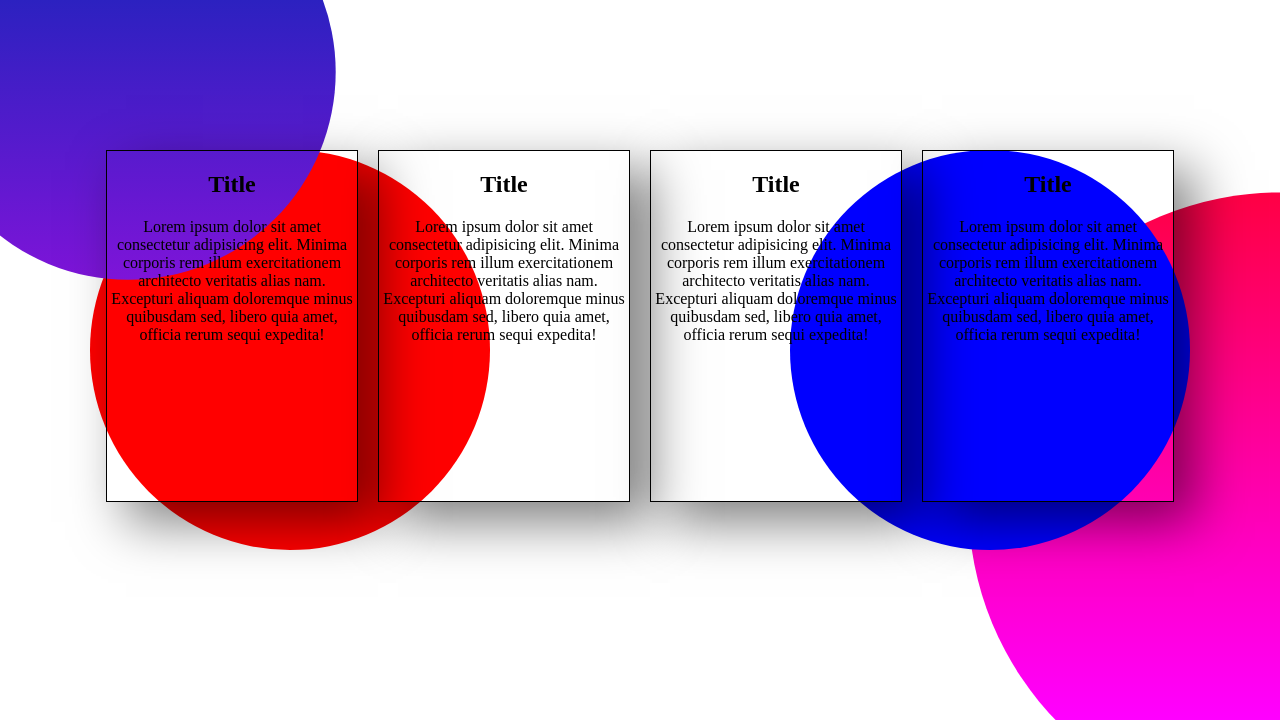
Repository: dovanluyen1996/Test-Git-PR
Page: index.html
The author's editor kept a copy of each file at every save. The page is drawn from the files as they stood at one save, then again after the next save.
The browser window is 1280 px wide. The pictures show the whole page.

Above is the page before, as saved 2021-09-06 23:56:01.

### index.html
<!DOCTYPE html>
<html lang="en">
  <head>
    <meta charset="UTF-8" />
    <meta http-equiv="X-UA-Compatible" content="IE=edge" />
    <meta name="viewport" content="width=device-width, initial-scale=1.0" />
    <title>TestVsCode</title>
    <link rel="stylesheet" href="css/style.css" />
  </head>

  <body>
    <div class="container">
      <div class="test1"></div>
      <div class="test2"></div>
    </div>
    <div class="center">
      <div class="item-center">
        <h2>Title</h2>
        <p class="text">
          Lorem ipsum dolor sit amet consectetur adipisicing elit. Minima
          corporis rem illum exercitationem architecto veritatis alias nam.
          Excepturi aliquam doloremque minus quibusdam sed, libero quia amet,
          officia rerum sequi expedita!
        </p>
      </div>
      <div class="item-center">
        <h2>Title</h2>
        <p class="text">
          Lorem ipsum dolor sit amet consectetur adipisicing elit. Minima
          corporis rem illum exercitationem architecto veritatis alias nam.
          Excepturi aliquam doloremque minus quibusdam sed, libero quia amet,
          officia rerum sequi expedita!
        </p>
      </div>
      <div class="item-center">
        <h2>Title</h2>
        <p class="text">
          Lorem ipsum dolor sit amet consectetur adipisicing elit. Minima
          corporis rem illum exercitationem architecto veritatis alias nam.
          Excepturi aliquam doloremque minus quibusdam sed, libero quia amet,
          officia rerum sequi expedita!
        </p>
      </div>
      <div class="item-center">
        <h2>Title</h2>
        <p class="text">
          Lorem ipsum dolor sit amet consectetur adipisicing elit. Minima
          corporis rem illum exercitationem architecto veritatis alias nam.
          Excepturi aliquam doloremque minus quibusdam sed, libero quia amet,
          officia rerum sequi expedita!
        </p>
      </div>
    </div>
  </body>
</html>

### css/style.css
body {
}
body::before {
  content: "";
  position: absolute;
  top: 0;
  left: 0;
  width: 100%;
  height: 100%;
  background: linear-gradient(#f00, #f0f);
  clip-path: circle(30% at right 70%);
}
body::after {
  content: "";
  position: absolute;
  top: 0;
  left: 0;
  width: 100%;
  height: 100%;
  background: linear-gradient(rgb(44, 33, 192), #f0f);
  clip-path: circle(20% at 10% 10%);
}
.container {
  width: 1100px;
  margin: 0 auto;
  position: relative;
}
.test1 {
  width: 400px;
  height: 400px;
  background-color: red;
  border-radius: 50%;
  position: absolute;
}
.test2 {
  width: 400px;
  height: 400px;
  background-color: blue;
  border-radius: 50%;
  position: absolute;
  right: 0;
}
.item-center {
  width: 250px;
  height: 350px;
  border: 1px solid black;
  text-align: center;
  box-shadow: 20px 20px 50px rgba(0, 0, 0, 0.5);
}
.center {
  margin-top: 150px;
  position: relative;
  z-index: 999;
  display: flex;
  column-gap: 20px;
  justify-content: center;
  align-items: center;
}

After the next save:
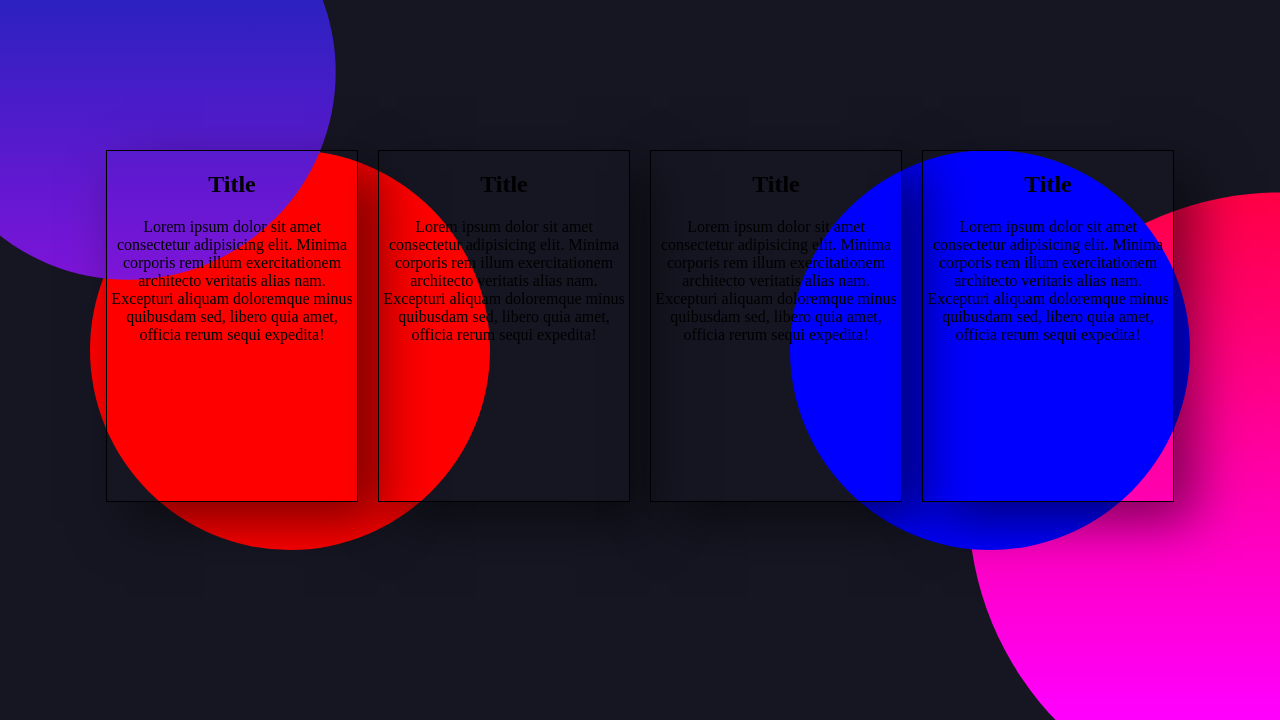
Saved 36 s later.
--- a/css/style.css
+++ b/css/style.css
@@ -1,4 +1,5 @@
 body {
+  background: #161623;
 }
 body::before {
   content: "";
